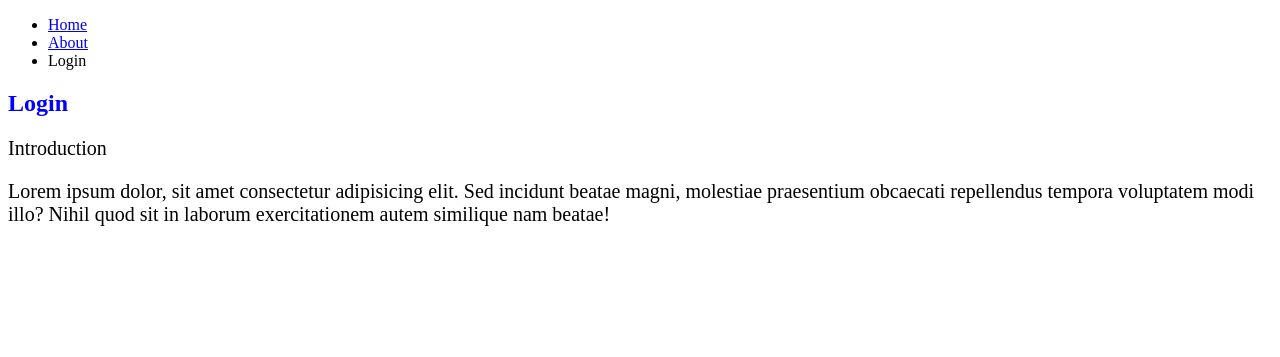
Repository: rileymeye1/ZTM
Page: project_files/login.html
The author's editor kept a copy of each file at every save. The page is drawn from the files as they stood at one save, then again after the next save.
The browser window is 1280 px wide. The pictures show the whole page.

Above is the page before, as saved 2024-08-19 17:36:51.

After the next save:
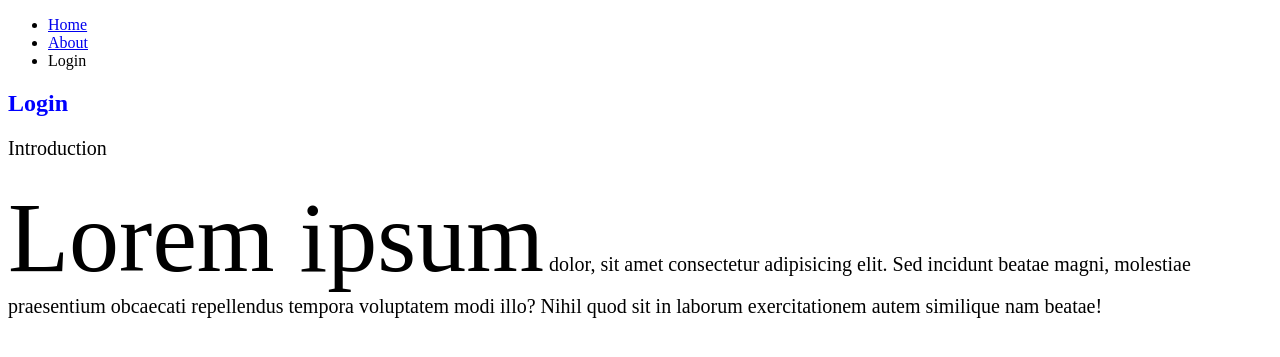
Saved 15 s later.
--- a/project_files/style2.css
+++ b/project_files/style2.css
@@ -5,3 +5,7 @@ h2 {
 p {
   font-size: 20px;
 }
+
+span {
+  font-size: 5em;
+}
